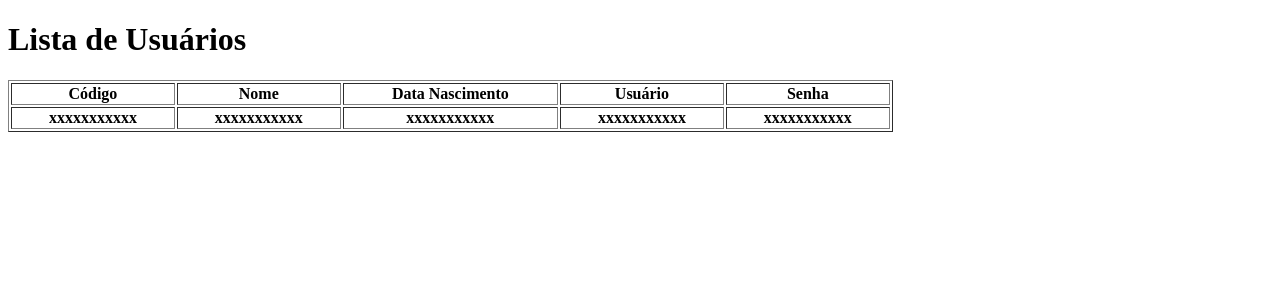
Repository: HigorRoc/Uninove_2021.1_AplicacaoWebQuarta
Page: http://localhost/usersManager/formMostraUsuarios.jsp
These files come from the project's save history. The page is drawn as it stood at one moment and after the next save; the edit follows.
The browser window is 1280 px wide. The pictures show the whole page.
The page is served by Tomcat 9. Other server files are loaded and not shown.

Above is the page before, as saved 2021-05-20 00:16:27.

### usersManager/WebContent/formMostraUsuarios.jsp
<%@ page language="java" contentType="text/html; charset=ISO-8859-1"
	pageEncoding="ISO-8859-1"%>

<!DOCTYPE html>
<html>
	<head>
		<meta charset="ISO-8859-1">
		<title>Usuarios</title>
	</head>
	<body>
		<h1>Lista de Usuários</h1>
		<table border="1" style="width: 70%">
			<thead>
				<tr style="background-color: ">
					<th>Código</th>
					<th>Nome</th>
					<th>Data Nascimento</th>
					<th>Usuário</th>
					<th>Senha</th>
				</tr>
			</thead>
			<tbody>
				<tr>
					<th>xxxxxxxxxxx</th>
					<th>xxxxxxxxxxx</th>
					<th>xxxxxxxxxxx</th>
					<th>xxxxxxxxxxx</th>
					<th>xxxxxxxxxxx</th>
				</tr>
			</tbody>
		</table>
	</body>
</html>

After the next save:
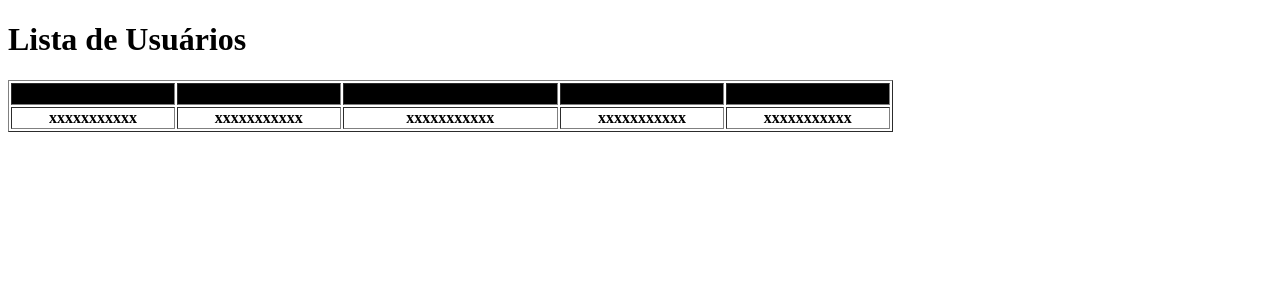
Saved 30 s later.
--- a/usersManager/WebContent/formMostraUsuarios.jsp
+++ b/usersManager/WebContent/formMostraUsuarios.jsp
@@ -11,7 +11,7 @@
 		<h1>Lista de Usuários</h1>
 		<table border="1" style="width: 70%">
 			<thead>
-				<tr style="background-color: ">
+				<tr style="background-color: black">
 					<th>Código</th>
 					<th>Nome</th>
 					<th>Data Nascimento</th>
